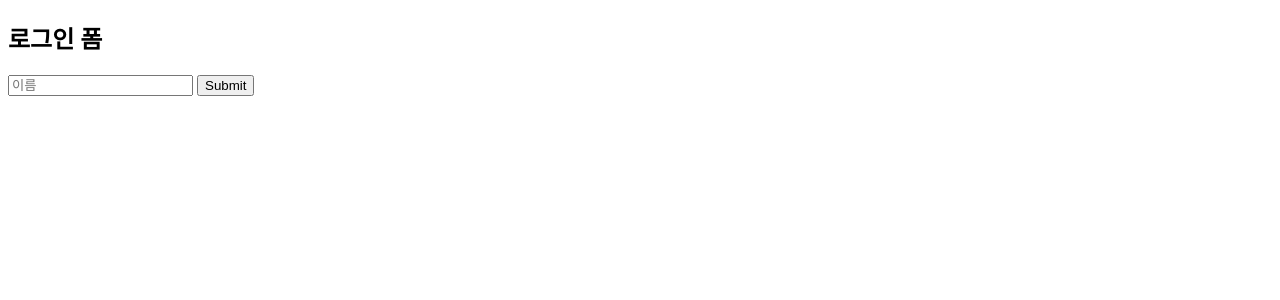
Repository: Leesuhwan1445/jspworks
Page: http://localhost/jweb01/cart/loginForm.jsp
An editor plug-in stored every save of this project. The page is shown before and after the next save, followed by the edit.
The browser window is 1280 px wide. The pictures show the whole page.
The page is served by Tomcat 10. Other server files are loaded and not shown.

Above is the page before, as saved 2025-10-13 03:07:14.

### jweb01/src/main/webapp/cart/loginForm.jsp
<%@ page language="java" contentType="text/html; charset=UTF-8"
    pageEncoding="UTF-8"%>
<!DOCTYPE html>
<html>
<head>
<meta charset="UTF-8">
<title>로그인 폼</title>
<style>
#</style>
</head>
<body>

	<section id = container>
	<h2>로그인 폼</h2>
	<form action="selProduct.jsp" method="post">

	<p>
		<input type="text" name="username" placeholder = "이름">
		<input type="submit" name="로그인">
	</p>

	</form>
	</section>
</body>
</html>

After the next save:
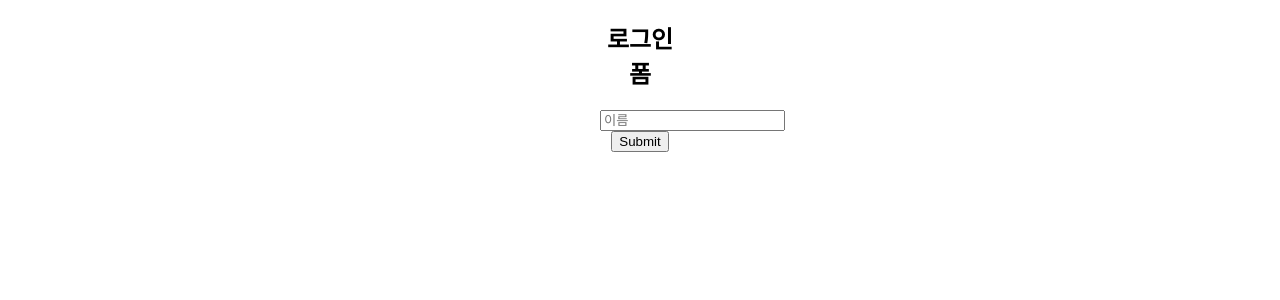
Saved 37 s later.
--- a/jweb01/src/main/webapp/cart/loginForm.jsp
+++ b/jweb01/src/main/webapp/cart/loginForm.jsp
@@ -6,7 +6,8 @@
 <meta charset="UTF-8">
 <title>로그인 폼</title>
 <style>
-#</style>
+#container{width : 80px; margin : 0 auto; text-align : center;}
+</style>
 </head>
 <body>
 
